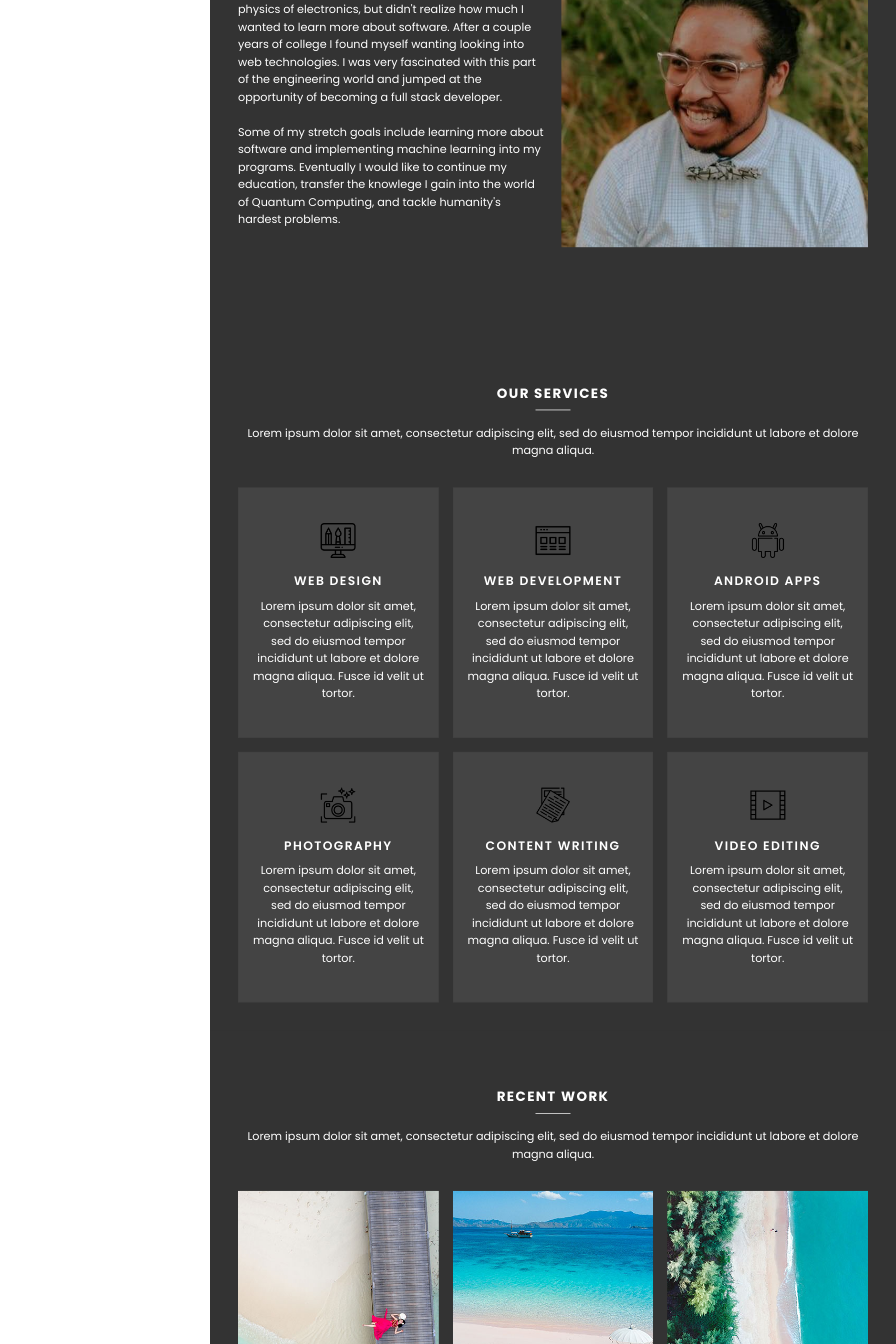
Repository: RussPalms/portforlio-1
Page: index.html
These files come from the project's save history. The page is drawn as it stood at one moment and after the next save; the edit follows.
The browser window is 1280 px wide. The pictures show the part of the page from y = 973 to 2893 px (the page is 5693 px tall), at 70% of full size.
Empty fields were first filled with sample values (such as "Sample", 5 or name@example.com).
After loading, the first visible `div.themeSwitch` was clicked once.

Above is the page before, as saved 2021-11-28 15:58:36.

After the next save:
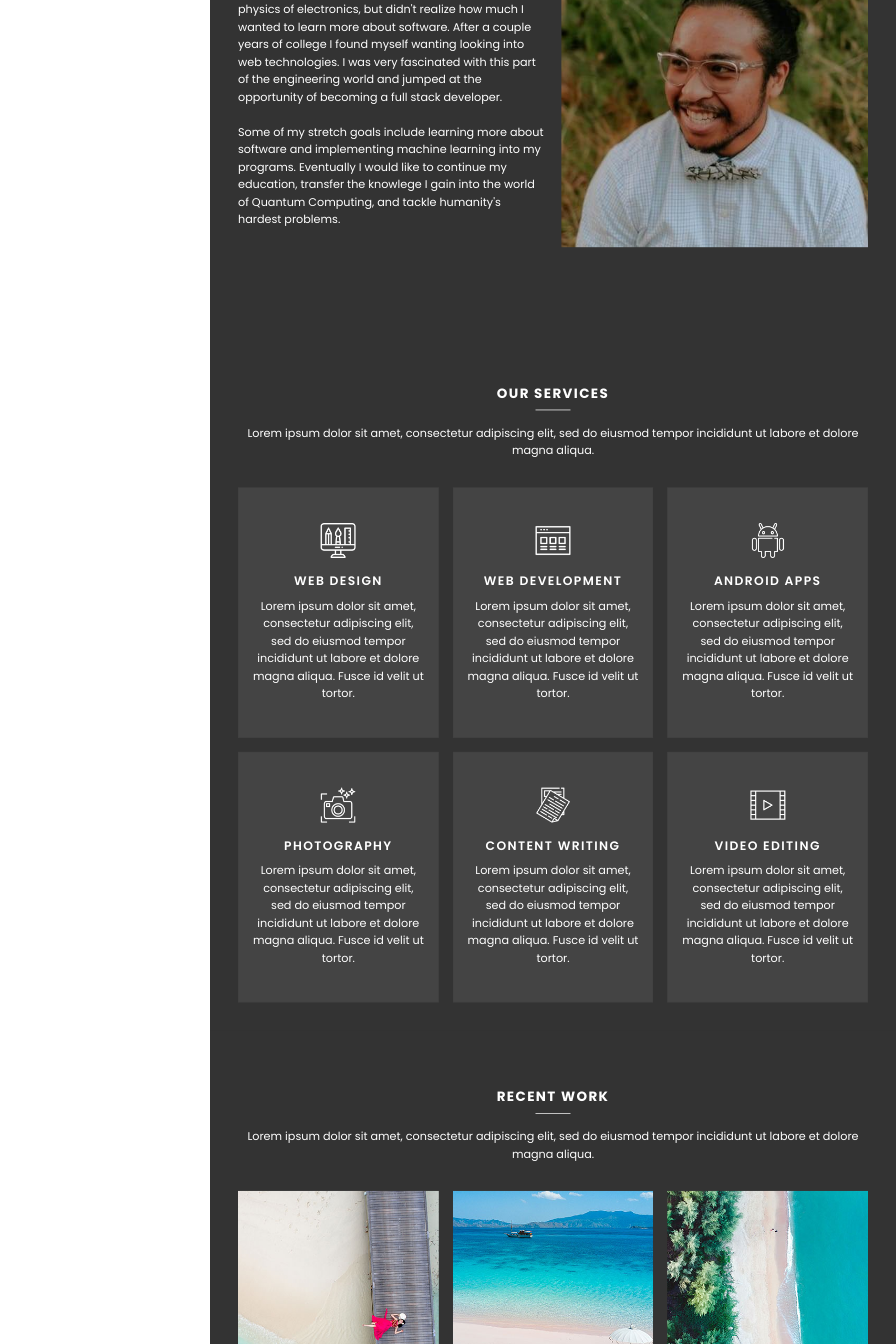
Saved 80 s later.
--- a/style.css
+++ b/style.css
@@ -326,6 +326,10 @@ p {
 	max-width: 50px;
 }
 
+.dark .services .content .serviceBox img {
+	filter: invert(1);
+}
+
 .services .content .serviceBox h2 {
 	font-size: 1.1em;
 	margin-top: 20px;
